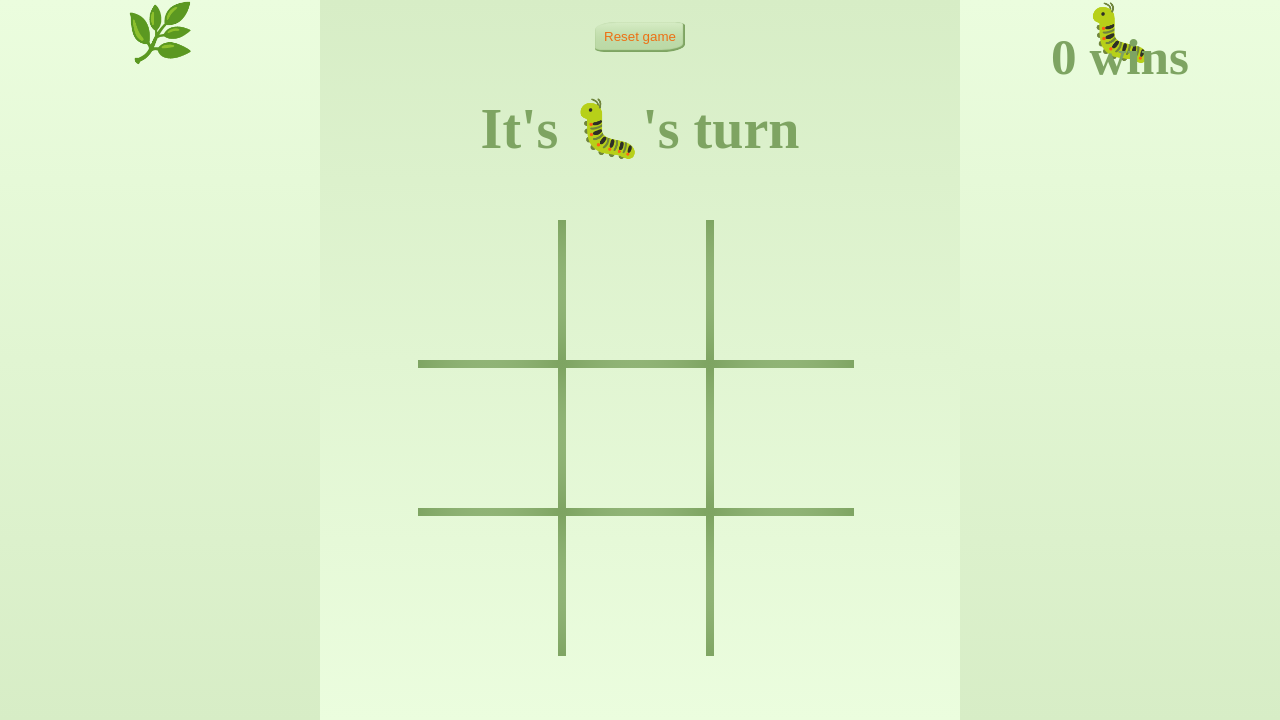
Repository: AsherSpurr/tic-tac-toe
Page: index.html
The author's editor kept a copy of each file at every save. The page is drawn from the files as they stood at one save, then again after the next save.
The browser window is 1280 px wide. The pictures show the whole page.
Some web fonts or font styles are not loaded; a fallback is used.

Above is the page before, as saved 2024-01-14 13:48:05.

After the next save:
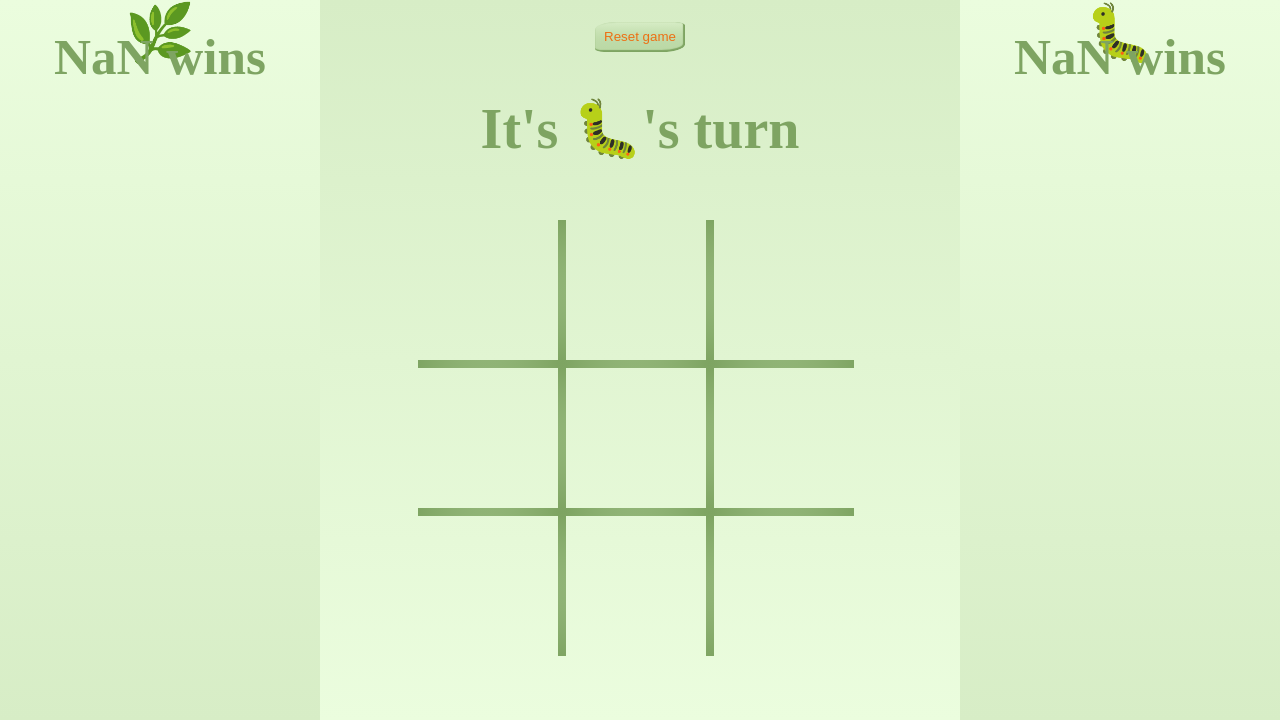
Saved 13 s later.
--- a/main.js
+++ b/main.js
@@ -122,17 +122,15 @@ function trackWins(player) {
 //     refreshWins()
 // }
 
-function refreshWins(player) {
+function refreshWins() {
     var wins0 = parseInt(localStorage.getItem('wins0'))
     var wins1 = parseInt(localStorage.getItem('wins1'))
-    if(player.name === 'player1') {
-        player.wins = wins0
-    }
-    else {
-    player.wins = wins1
-    }
-    renderWins(player)
-    // renderWins(players[1])
+
+    players[0].wins = wins0
+    players[1].wins = wins1
+
+    renderWins(players[0])
+    renderWins(players[1])
 }
 
 function isDraw(player) {
